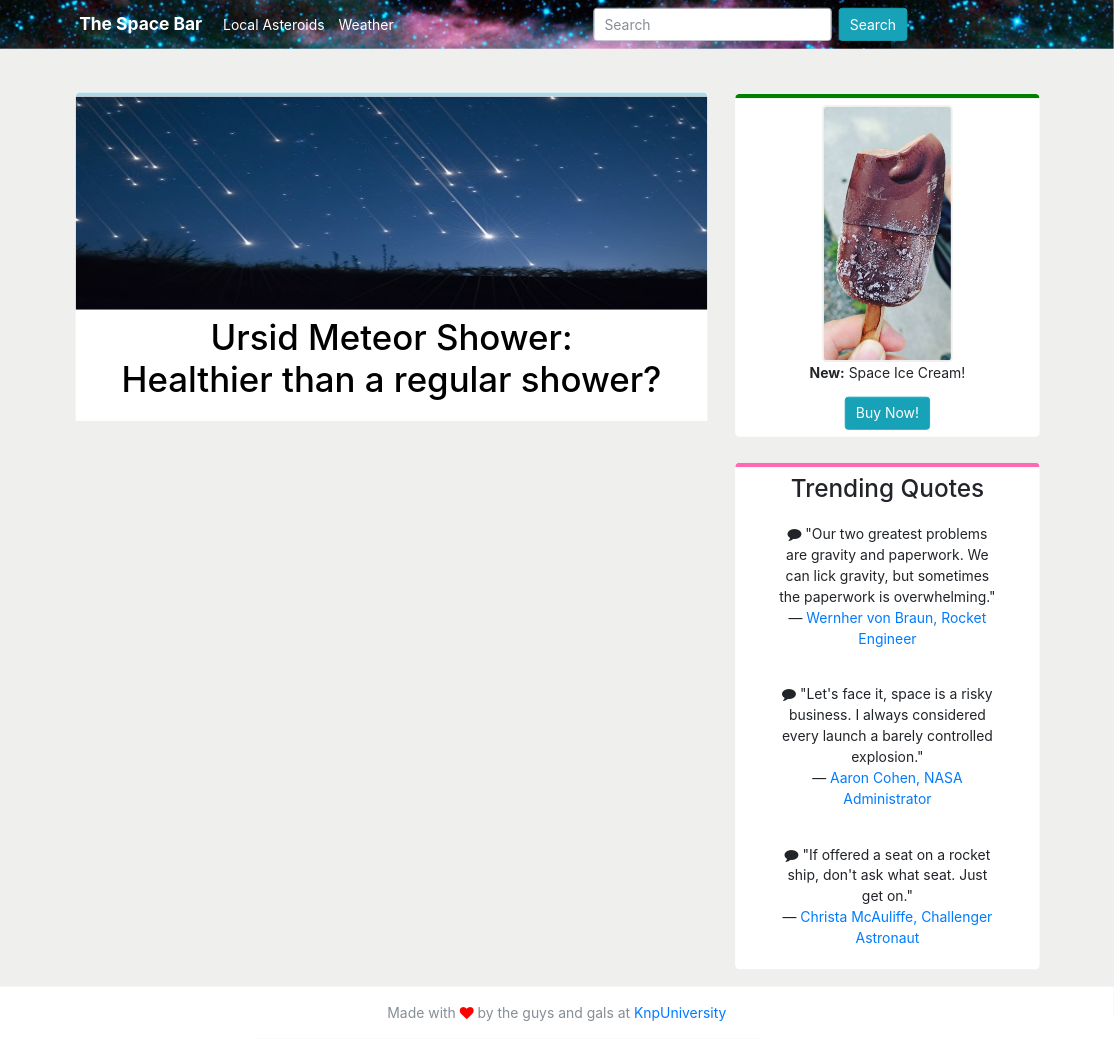
Repository: Ebrahim1820/symfony
Page: templates/default/homepage.html.twig
The author's editor kept a copy of each file at every save. The page is drawn from the files as they stood at one save, then again after the next save.
The browser window is 1280 px wide. The pictures show the whole page, at 87% of full size.
Some web libraries are served in a nearby version. The page is a Twig template of a Symfony application; nobody is signed in and links lead nowhere. The template is opened directly, without the code that normally fills it, so the values that code supplies are empty.

Above is the page before, as saved 2024-01-31 17:23:34.

### templates/default/homepage.html.twig
{% extends 'base.html.twig' %}

{% block body %}
    <div class="container">
        <div class="row">

            <!-- Article List -->

            <div class="col-sm-12 col-md-8">

                <!-- H1 Article -->
                <a class="main-article-link" href="#">
                    <div class="main-article mb-5 pb-3">
                        <img src="{{ asset('images/meteor-shower.jpg') }}" alt="meteor shower">
                        <h1 class="text-center mt-2">Ursid Meteor Shower: <br>Healthier than a regular shower?</h1>
                    </div>
                </a>

                <!-- Supporting Articles -->
                {% for comment in comments %}
                <div class="article-container my-1">
                    <a href="{{path('article_show', {slug:  comment.slug })}}">
                        <img class="article-img" src="{{ asset(comment.imagePath) }}">
                        <div class="article-title d-inline-block pl-3 align-middle">
                            <span>{{comment.name}}</span>
                            <small  style="color: blue;">{{comment.nonDeletedPosts|length}} comment </small>

                            <br>

                      {% for tag in comment.tags %}
                           <small>
                        <span class='badge badge-light'> {{tag.name}} </span>
                            </small>
                      {% endfor %}

                    <br>
                            <span class="align-left article-details"><img class="article-author-img rounded-circle" src="{{ asset('images/alien-profile.png') }}"> {{comment.author}} </span>
                            <span class="pl-5 article-details float-right">
                             {{comment.commentedAt ? comment.commentedAt|ago }}
                             </span>
                        </div>
                    </a>
                </div>
                {% endfor %}





            </div>

            <!-- Right bar ad space -->


            <div class="col-sm-12 col-md-4 text-center">
                <div class="ad-space mx-auto mt-1 pb-2 pt-2">
                    <img class="advertisement-img" src="{{ asset('images/space-ice.png') }}">
                    <p><span class="advertisement-text">New:</span> Space Ice Cream!</p>
                    <button class="btn btn-info">Buy Now!</button>
                </div>

                <div class="quote-space pb-2 pt-2 px-5">
                    <h3 class="text-center pb-3">Trending Quotes</h3>
                    <p><i class="fa fa-comment"></i> "Our two greatest problems are gravity and paperwork. We can lick gravity, but sometimes the paperwork is overwhelming." <br>— <a href="https://en.wikipedia.org/wiki/Wernher_von_Braun">Wernher von Braun, Rocket Engineer</a></p>

                    <p class="pt-4"><i class="fa fa-comment"></i> "Let's face it, space is a risky business. I always considered every launch a barely controlled explosion." <br>— <a href="https://en.wikipedia.org/wiki/Aaron_Cohen_(Deputy_NASA_administrator)">Aaron Cohen, NASA Administrator</a></p>

                    <p class="pt-4"><i class="fa fa-comment"></i> "If offered a seat on a rocket ship, don't ask what seat. Just get on."<br>— <a href="https://en.wikipedia.org/wiki/Christa_McAuliffe">Christa McAuliffe, Challenger Astronaut</a>
                </div>
            </div>
        </div>
    </div>
{% endblock %}

### templates/base.html.twig
<!doctype html>
<html lang="en">

    <head>
        <title>{% block title %}Welcome to the SpaceBar{% endblock %}</title>
        <meta charset="utf-8">
        <meta name="viewport" content="width=device-width, initial-scale=1, shrink-to-fit=no">

        {% block stylesheets %}
            <link rel="stylesheet" href="https://maxcdn.bootstrapcdn.com/bootstrap/4.0.0-beta.2/css/bootstrap.min.css" integrity="sha384-PsH8R72JQ3SOdhVi3uxftmaW6Vc51MKb0q5P2rRUpPvrszuE4W1povHYgTpBfshb" crossorigin="anonymous">
            <link rel='stylesheet' href="{{ asset('/css/font-awesome.css') }}">
            <link rel='stylesheet' href="{{ asset('/css/styles.css') }}">

        {% endblock %}
    </head>

    <body>
        <nav class="navbar navbar-expand-lg navbar-dark navbar-bg mb-5">
            <a style="margin-left: 75px;" class="navbar-brand space-brand" href="{{path('app_homepage')}}">The Space Bar</a>
            <button class="navbar-toggler" type="button" data-toggle="collapse" data-target="#navbarNavDropdown" aria-controls="navbarNavDropdown" aria-expanded="false" aria-label="Toggle navigation">
            <span class="navbar-toggler-icon"></span>
          </button>
            <div class="collapse navbar-collapse" id="navbarNavDropdown">
                <ul class="navbar-nav mr-auto">
                     <li class="nav-item">
                       <a style="color: #fff;" class="nav-link" href="#">Local Asteroids</a>
                     </li>
                     <li class="nav-item">
                       <a style="color: #fff;" class="nav-link" href="#">Weather</a>
                     </li>
                   </ul>
                <form class="form-inline my-2 my-lg-0">
                    <input class="form-control mr-sm-2" type="search" placeholder="Search" aria-label="Search">
                    <button class="btn btn-info my-2 my-sm-0" type="submit">Search</button>
                </form>
                <ul class="navbar-nav ml-auto">

                {# <li class="nav-item">
                       <a style="color: #fff;" class="nav-link" href="{{path('app_login')}}">Login</a>
                     </li> #}
                    {# <li class="nav-item dropdown" style="margin-right: 75px;">
                        <a class="nav-link dropdown-toggle" href="http://example.com" id="navbarDropdownMenuLink" data-toggle="dropdown" aria-haspopup="true" aria-expanded="false">
                  <img class="nav-profile-img rounded-circle" src="{{ asset('images/astronaut-profile.png') }}">
                </a>
                        <div class="dropdown-menu" aria-labelledby="navbarDropdownMenuLink">
                            <a class="dropdown-item" href="#">Profile</a>
                            <a class="dropdown-item" href="#">Create Post</a>
                            <a class="dropdown-item" href="#">Logout</a>
                        </div>
                    </li> #}
                </ul>
            </div>
        </nav>

        {% block body %}{% endblock %}

        <footer class="footer">
            <div class="container text-center">
                <span class="text-muted">Made with <i class="fa fa-heart" style="color: red;"></i> by the guys and gals at <a href="https://knpuniversity.com">KnpUniversity</a></span>
            </div>
        </footer>


        {% block javascripts %}
            <script src="https://code.jquery.com/jquery-3.2.1.min.js" integrity="sha256-hwg4gsxgFZhOsEEamdOYGBf13FyQuiTwlAQgxVSNgt4=" crossorigin="anonymous"></script>
            <script src="https://cdnjs.cloudflare.com/ajax/libs/popper.js/1.12.3/umd/popper.min.js" integrity="sha384-vFJXuSJphROIrBnz7yo7oB41mKfc8JzQZiCq4NCceLEaO4IHwicKwpJf9c9IpFgh" crossorigin="anonymous"></script>
            <script src="https://maxcdn.bootstrapcdn.com/bootstrap/4.0.0-beta.2/js/bootstrap.min.js" integrity="sha384-alpBpkh1PFOepccYVYDB4do5UnbKysX5WZXm3XxPqe5iKTfUKjNkCk9SaVuEZflJ" crossorigin="anonymous"></script>
            <script>
                $('.dropdown-toggle').dropdown();
            </script>
        {% endblock %}
    </body>
</html>

### public/css/styles.css
body {
    position: relative;
    background: #efefee;
    min-height: 45rem;
    padding-bottom: 80px;
}

html {height:100%}

/* NAVIGATION */

.navbar-bg {
    background: url('../images/space-nav.jpg');
    background-size: 80%;
}

.dropdown-menu, .dropdown-menu.show {
    right: 0;
}

.space-brand {
    color: #fff;
    font-weight: bold;
}

.nav-profile-img {
    width: 50px;
    border: 1px solid #fff;
}


/* LOGIN REGISTRATION */

.form-container {
    border-left: 1px solid #ddd;
    border-right: 1px solid #ddd;
    border-bottom: 1px solid #ddd;
    background: #fff;
}

.inactive {
    border-color: lightgray lightgray lightgray;
    background: darkgray;
    color: #fff;
}

.nav-tabs .nav-link:focus, .nav-tabs .nav-link:hover {
    color: #efefee;
}

/* ADVERTISEMENT */

.ad-space {
    background: #fff;
    border-radius: 5px;
    border-top: 5px solid green;
}

.advertisement-img {
    width: 150px;
    height: auto;
    border: 2px solid #efefee;
    border-radius: 5px;
}

.advertisement-text {
    font-weight: bold;
}

.quote-space {
    background: #fff;
    margin-top: 30px;
    border-radius: 5px;
    border-top: 5px solid hotpink;
}

/* ARTICLES */

.main-article {
    border: 2px solid #efefee;
    Background: #fff;
    border-top-left-radius: 6px;
    border-top-right-radius: 6px;
}

.main-article img {
    width: 100%;
    height: 250px;
    border-top-right-radius: 5px;
    border-top-left-radius: 5px;
    border-top: 5px solid lightblue;
}

.article-container {
    border: 1px solid #efefee;
    border-top-left-radius: 5px;
    border-bottom-left-radius: 5px;
    background: #fff;
}

.main-article-link, .article-container a {
    text-decoration: none;
    color: #000;
}

.main-article-link:hover {
    text-decoration: none;
    color: #000;
}

.article-title {
    min-width: 300px;

}

@media (max-width: 440px) {
    .article-title {
        min-width: 100px;
        max-width: 245px;
    }
}

.article-img {
    height: 100px;
    width: 100px;
    border-top-left-radius: 5px;
    border-bottom-left-radius: 5px;
}

.article-author-img {
    height: 25px;
    border: 1px solid darkgray;
}

.article-details {
    font-size: .8em;
}

/* PROFILE */

.profile-img {
    width: 150px;
    height: auto;
    border: 2px solid #fff;
}

.profile-name {
    font-size: 1.5em;
}

.my-article-container {
    background: #FFBC49;
    border: solid 1px #efefee;
    border-radius: 5px;
}


/* CREATE ARTICLE */

.create-article-container {
    min-width: 400px;
    background-color: lightblue;
    border-radius: 5px;
}

/* ARTICLE SHOW PAGE */

.show-article-container {
    width: 100%;
    background-color: #fff;

}

.show-article-img {
    width: 250px;
    height: auto;
    border-radius: 5px;
}

.show-article-title {
    font-size: 2em;
}

.like-article, .like-article:hover {
    color: red;
    text-decoration: none;
}

@media (max-width: 991px) {
    .show-article-title {
        font-size: 1.5em;
    }

    .show-article-title-container {
        max-width: 220px;
    }
}

.article-text {
    margin-top: 20px;
}

.share-icons i {
    font-size: 1.5em;
}

.comment-img {
    width: 50px;
    height: auto;
    border: 1px solid darkgray;
}

.commenter-name {
    font-weight: bold;
}

.comment-form {
    min-width: 500px;
}

@media (max-width: 767px) {
    .comment-form {
        min-width: 260px;
    }
}



/* FOOTER */

.footer {
  position: absolute;
  bottom: 0;
  width: 100%;
  height: 60px; /* Set the fixed height of the footer here */
  line-height: 60px; /* Vertically center the text there */
  background-color: #fff;
  margin-top: 10px;
}

Loaded but not shown: public/css/font-awesome.css (library)

After the next save:
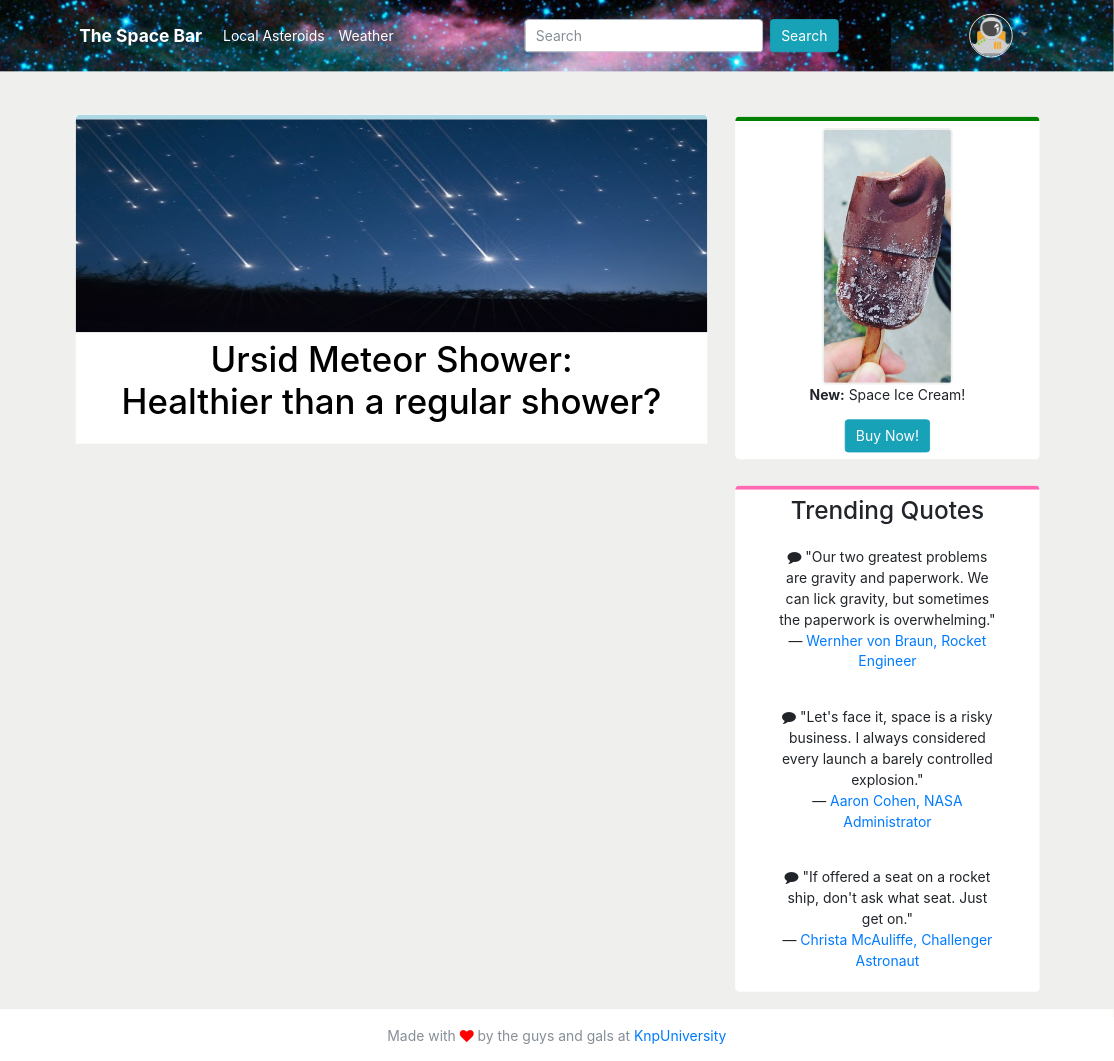
Saved 4 s later.
--- a/templates/base.html.twig
+++ b/templates/base.html.twig
@@ -38,7 +38,7 @@
                 {# <li class="nav-item">
                        <a style="color: #fff;" class="nav-link" href="{{path('app_login')}}">Login</a>
                      </li> #}
-                    {# <li class="nav-item dropdown" style="margin-right: 75px;">
+                    <li class="nav-item dropdown" style="margin-right: 75px;">
                         <a class="nav-link dropdown-toggle" href="http://example.com" id="navbarDropdownMenuLink" data-toggle="dropdown" aria-haspopup="true" aria-expanded="false">
                   <img class="nav-profile-img rounded-circle" src="{{ asset('images/astronaut-profile.png') }}">
                 </a>
@@ -47,7 +47,7 @@
                             <a class="dropdown-item" href="#">Create Post</a>
                             <a class="dropdown-item" href="#">Logout</a>
                         </div>
-                    </li> #}
+                    </li>
                 </ul>
             </div>
         </nav>
